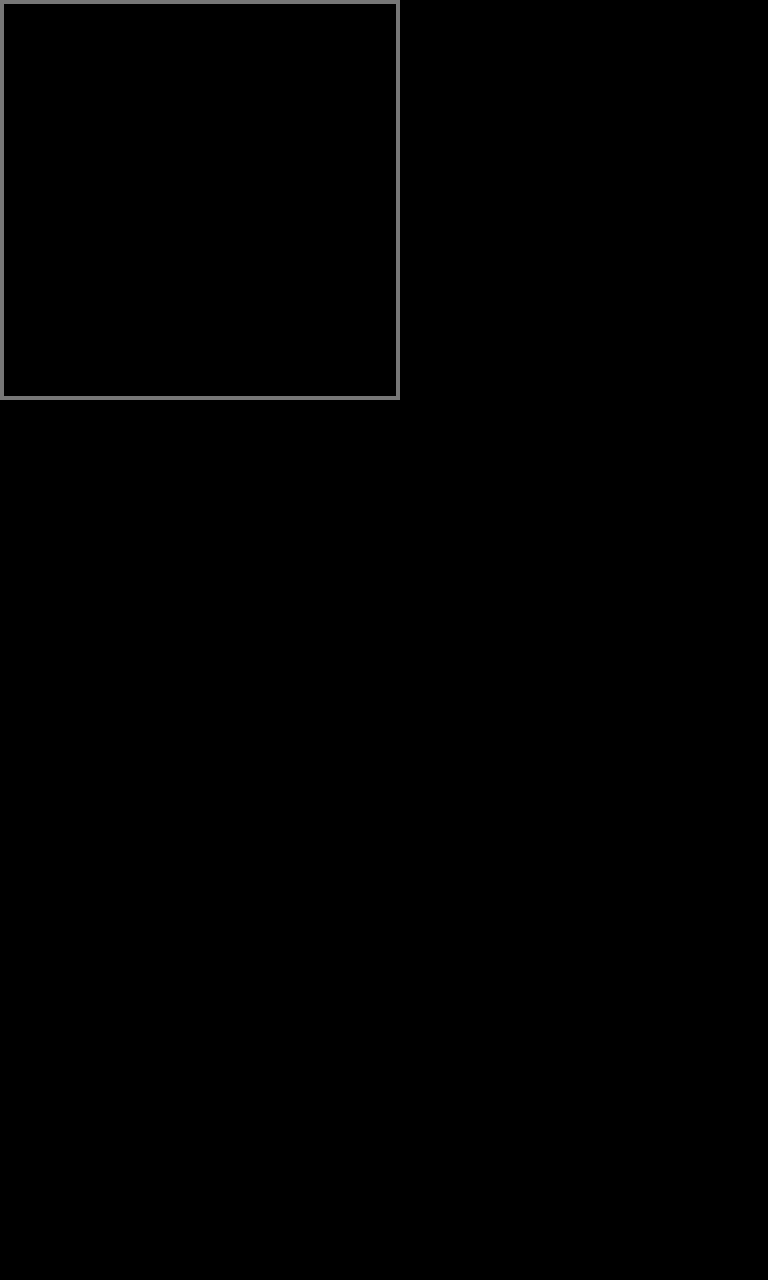
Repository: jellydiamonds/Proto
Layout: Android/CameraSafePreview/res/layout/selection.xml
These files come from the project's save history. The layout is drawn as it stood at one moment and after the next save; the edit follows.
It is drawn on a 768 x 1280 px phone screen (xhdpi) without system bars, with theme android:Theme.Black.NoTitleBar.Fullscreen; the app's code is not run.

Above is the layout before, as saved 2014-04-03 13:48:16.

### Android/CameraSafePreview/res/layout/selection.xml
<?xml version="1.0" encoding="utf-8"?>
<FrameLayout xmlns:android="http://schemas.android.com/apk/res/android"
				android:layout_height="wrap_content"
    			android:layout_width="wrap_content"
    			android:layout_gravity="center_vertical|center_horizontal" >


    	<Button
			    android:id="@+id/button_selection"
				android:layout_width="200dp"
				android:layout_height="200dp"
				android:background="@drawable/picture_rect_selection"
			    android:alpha="0.5"
				 />

</FrameLayout>

### Android/CameraSafePreview/res/drawable/picture_rect_selection.xml
<?xml version="1.0" encoding="utf-8"?>
<selector xmlns:android="http://schemas.android.com/apk/res/android">
    <item android:state_pressed="true" >
		<shape xmlns:android="http://schemas.android.com/apk/res/android" android:shape="rectangle" >
			<!-- <solid android:color="#dd2222"/>-->
    		<stroke android:width="3dp" android:color="#dd1111" />
		</shape>
    </item>
    <item>
		<shape xmlns:android="http://schemas.android.com/apk/res/android" android:shape="rectangle">
		    	<stroke android:width="2dp" android:color="#eeeeee" />
		</shape>
    </item>
</selector>

After the next save:
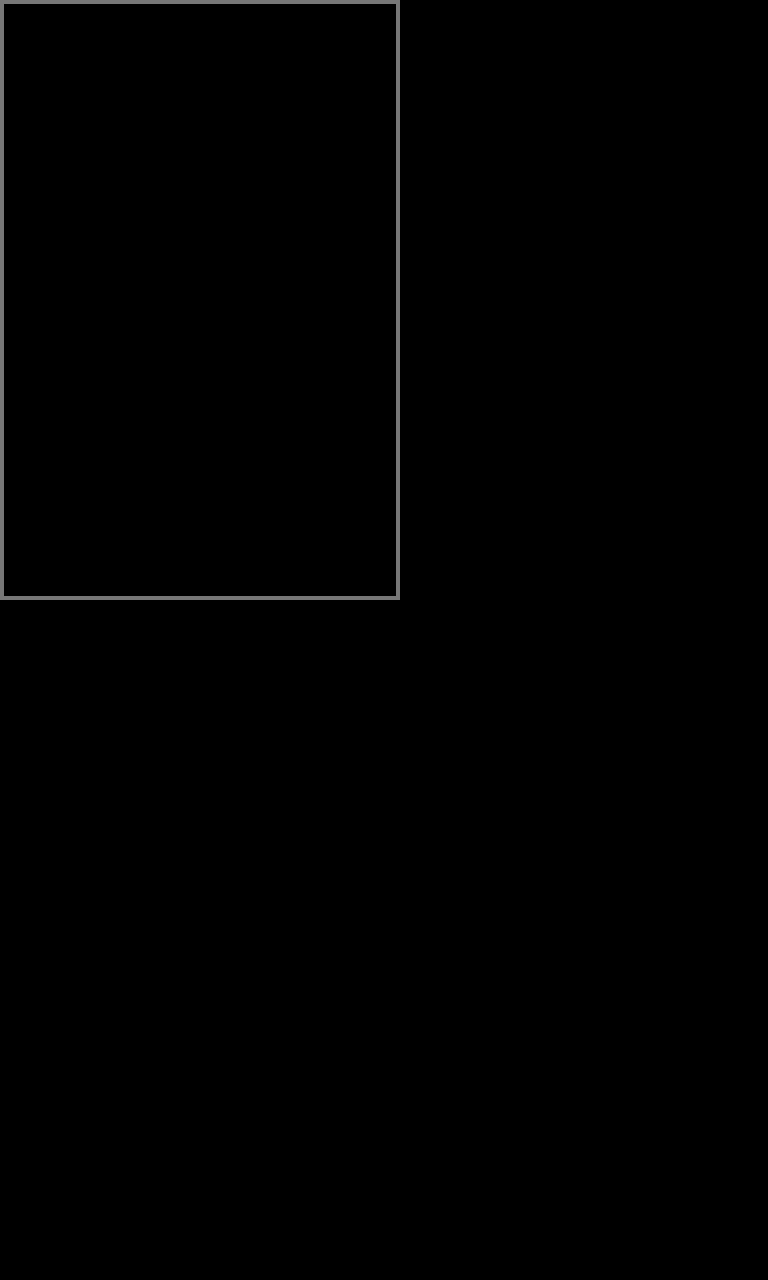
Saved 28 s later.
--- a/Android/CameraSafePreview/res/layout/selection.xml
+++ b/Android/CameraSafePreview/res/layout/selection.xml
@@ -8,7 +8,7 @@
     	<Button
 			    android:id="@+id/button_selection"
 				android:layout_width="200dp"
-				android:layout_height="200dp"
+				android:layout_height="300dp"
 				android:background="@drawable/picture_rect_selection"
 			    android:alpha="0.5"
 				 />
